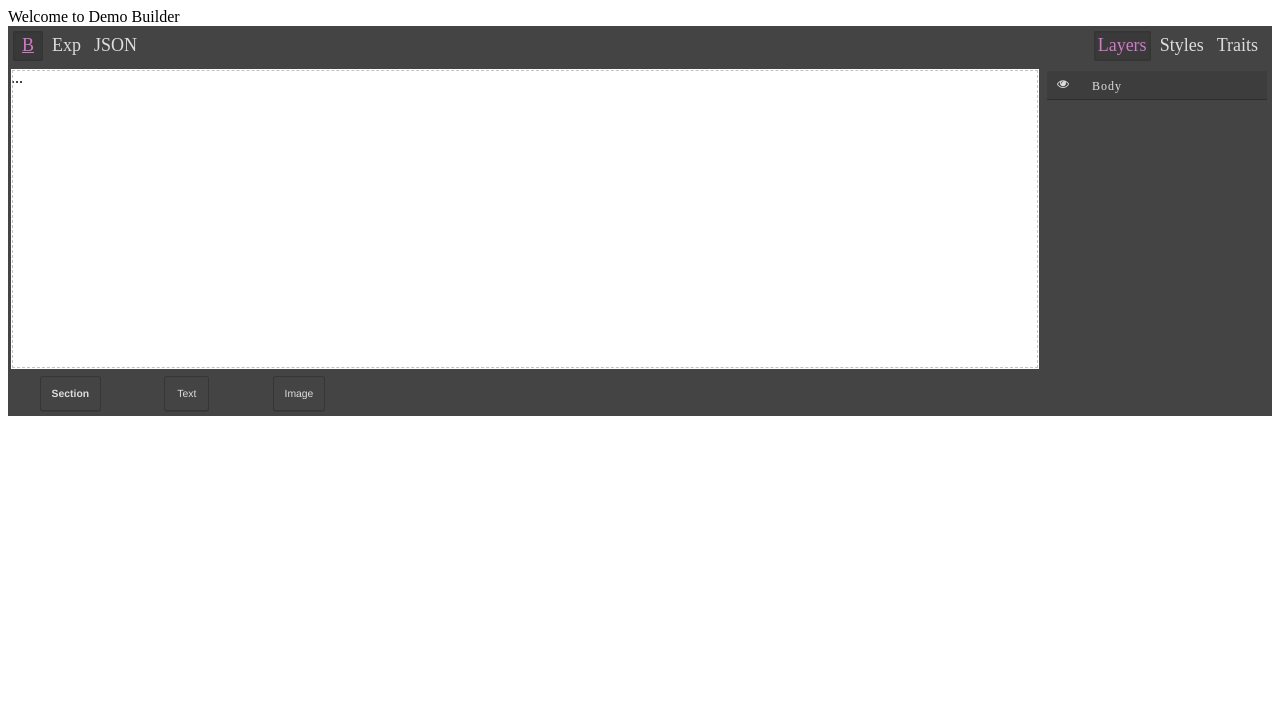
Repository: adityakulkarni000/DemoBuilder
Page: index.html
The author's editor kept a copy of each file at every save. The page is drawn from the files as they stood at one save, then again after the next save.
The browser window is 1280 px wide. The pictures show the whole page.

Above is the page before, as saved 2022-06-19 01:44:15.

After the next save:
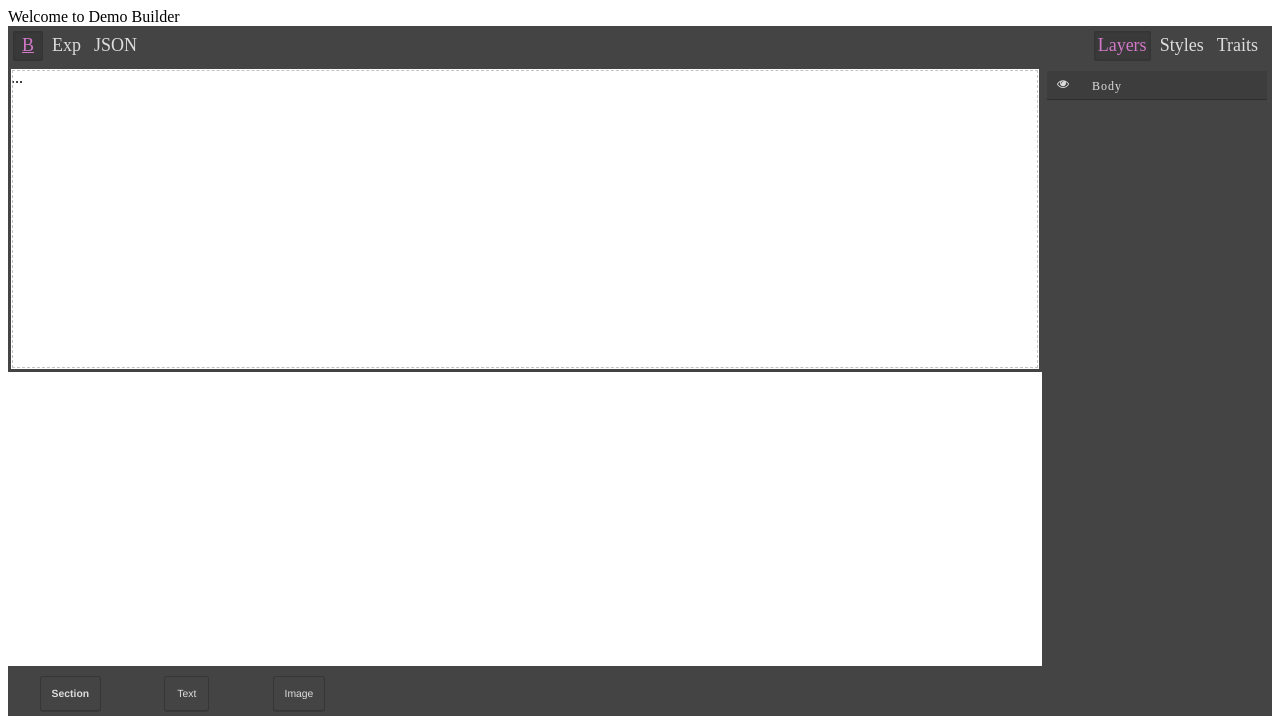
Saved 3 min 28 s later.
--- a/index.html
+++ b/index.html
@@ -37,7 +37,7 @@
       justify-content: flex-start;
       align-items: stretch;
       flex-wrap: nowrap;
-      height: 300px;
+      height: 600px;
     }
 
     .editor-canvas {
